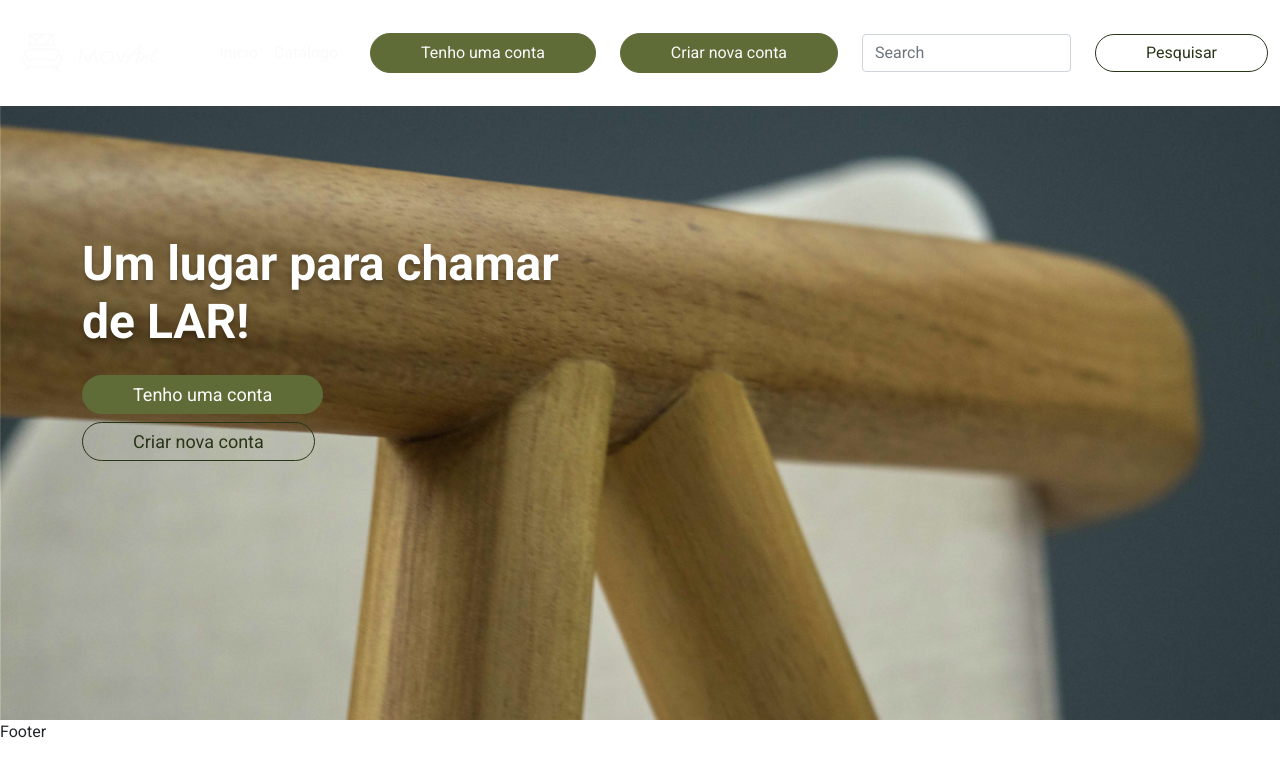
Repository: telesbp/Projeto-4-e-Projeto-5
Page: / (app in front-end/)
The author's editor kept a copy of each file at every save. The page is drawn from the files as they stood at one save, then again after the next save.
The browser window is 1280 px wide. The pictures show the whole page.
The project was rebuilt for these pictures with package versions that can differ from the ones it lists, and the page was loaded fresh each time.

Above is the page before, as saved 2022-07-17 18:21:38.

After the next save:
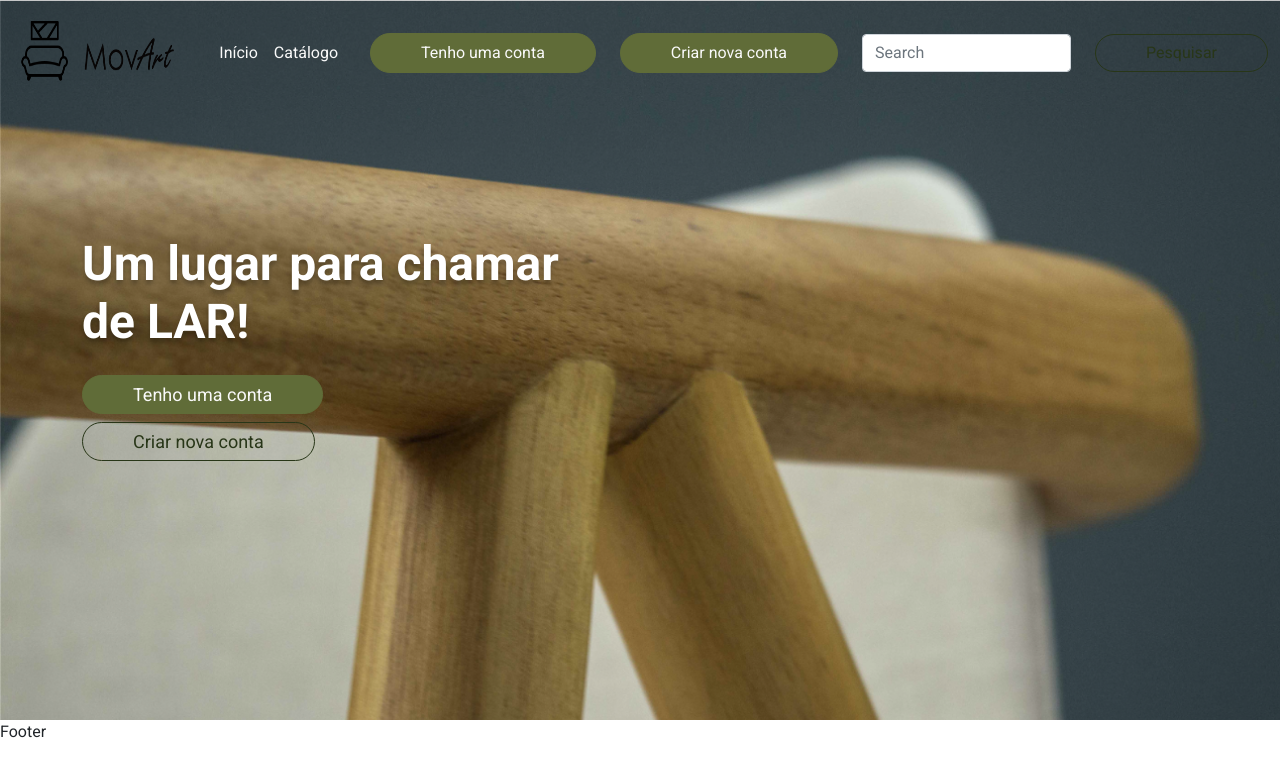
Saved 23 s later.
--- a/front-end/src/components/Layout/Header.tsx
+++ b/front-end/src/components/Layout/Header.tsx
@@ -9,7 +9,7 @@ import LogoBrandBlack from "../../assets/img/logopreta.png"
 import { CustomButton } from "../CustomButton";
 
 export function Header() {
-    const [isTransparent, setIsTransparent] = useState(false)
+    const [isTransparent, setIsTransparent] = useState(true)
     return(
         <Navbar fixed="top" expand="lg" bg={isTransparent ? undefined : "white"} >
         <Container fluid>
